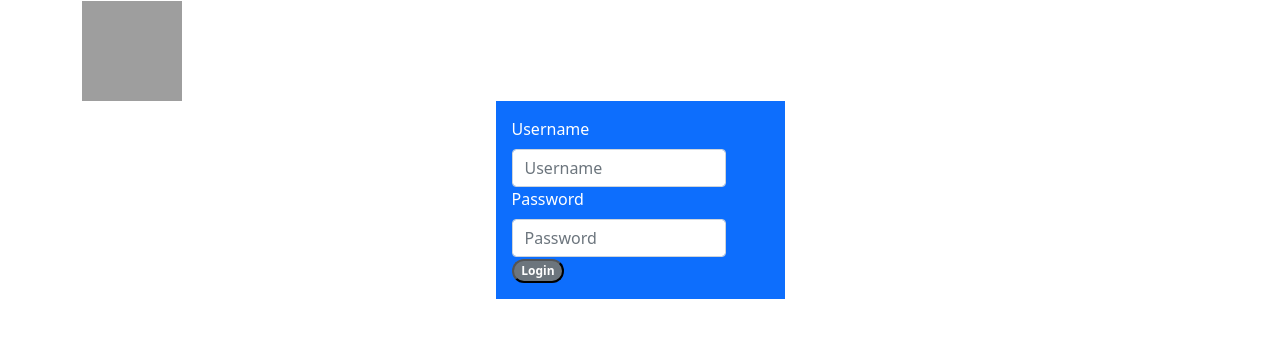
Repository: dilaraozdem1r/BooksApp
Page: /admin
The author's editor kept a copy of each file at every save. The page is drawn from the files as they stood at one save, then again after the next save.
The browser window is 1280 px wide. The pictures show the whole page.
Pictures or frames that could not be fetched are drawn as grey boxes. The page's requests for data from a server got no answer. The project was rebuilt for these pictures with package versions that can differ from the ones it lists, and the page was loaded fresh each time. No one was signed in, and anything a server would have sent is missing. Also part of the build but not shown: src/Components/BookList.js, src/Components/SearchBar.js.

Above is the page before, as saved 2021-08-20 13:40:54.

After the next save:
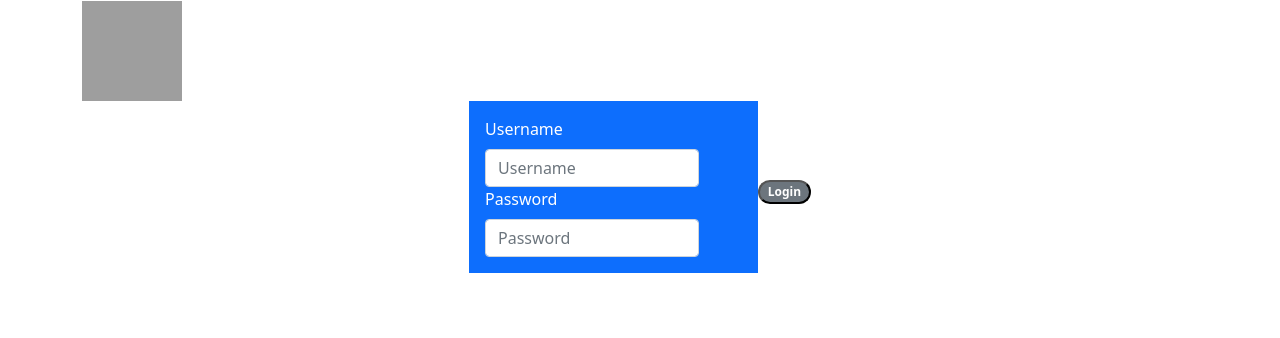
Saved 40 s later.
--- a/src/Components/Admin.js
+++ b/src/Components/Admin.js
@@ -29,10 +29,11 @@ class Admin extends React.Component {
                                 <label for="exampleInputPassword1" className="form-label">Password</label>
                                 <input type="password" className="form-control" placeholder="Password" aria-label="Last name"/>
                             </div>
+                            </div>
 
-                               <div><button type="submit" className="badge rounded-pill bg-secondary">Login</button></div>
-                               </div>
                     </form>
+                    <div><button type="submit" className="badge rounded-pill bg-secondary">Login</button></div>
+
                     </div>
                     </header>
                     </section>
